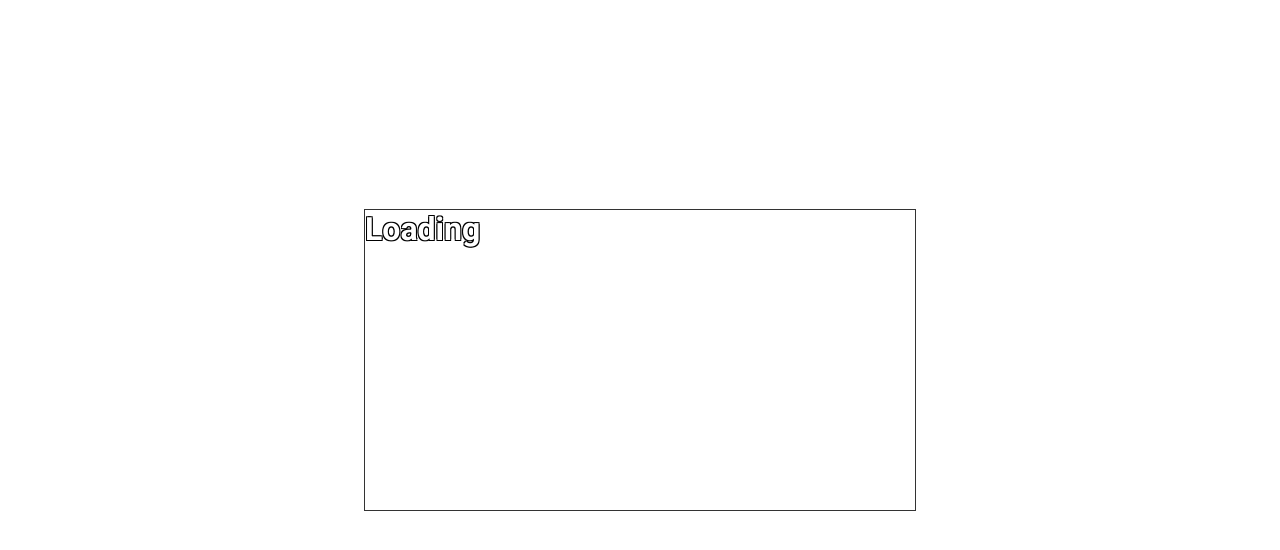
Repository: safak/animation
Page: index-4.html
These files come from the project's save history. The page is drawn as it stood at one moment and after the next save; the edit follows.
The browser window is 1280 px wide. The pictures show the whole page.

Above is the page before, as saved 2020-12-17 00:24:39.

### index-4.html
<html lang="en">
  <head>
    <meta charset="UTF-8" />
    <meta name="viewport" content="width=device-width, initial-scale=1.0" />
    <link rel="stylesheet" href="style.css" />
    <link
      href="https://fonts.googleapis.com/css2?family=Roboto:wght@300;400;500;700;900&display=swap"
      rel="stylesheet"
    />
    <link
      rel="stylesheet"
      href="https://cdnjs.cloudflare.com/ajax/libs/font-awesome/5.15.1/css/all.min.css"
      integrity="sha512-+4zCK9k+qNFUR5X+cKL9EIR+ZOhtIloNl9GIKS57V1MyNsYpYcUrUeQc9vNfzsWfV28IaLL3i96P9sdNyeRssA=="
      crossorigin="anonymous"
    />
    <title>Document</title>
  </head>
  <body>
    <div class="container">
      <h1>Loading</h1>
      <div class="fill"></div>
    </div>
    </div>
  </body>
</html>

### style.css
* {
  margin: 0;
}

body {
  display: flex;
  align-items: center;
  justify-content: center;
  font-family: "Roboto", sans-serif;
}

.container {
  width: 300px;
  height: 300px;
  display: flex;
  flex-direction: column;
  align-items: center;
  justify-content: center;
}

/* PAGE1

h1{
  color: coral;
}

.circle-container {
  display: flex;
}

.circle {
  width: 20px;
  height: 20px;
  border-radius: 50%;
  margin: 10px;
  animation: loading 1s infinite;
  opacity: 0;
}

.circle-1{
  background-color: tomato;
}

.circle-2{
  background-color: salmon;
}

.circle-3{
  background-color: coral;
}

@keyframes loading {
  100% {
    opacity: 1;
  }
} */

/* PAGE2

h1 {
  color: coral;
}

.circle-container {
  display: flex;
}

.circle {
  width: 20px;
  height: 20px;
  border-radius: 50%;
  margin: 10px;
  animation: loading .5s infinite alternate;
}

.circle-1 {
  background-color: tomato;
}

.circle-2 {
  background-color: salmon;
}

.circle-3 {
  background-color: coral;
}

@keyframes loading {
  25% {
    transform: translate(10px, -10px);
  }
  50% {
    transform: translate(20px, -20px);
  }
  75% {
    transform: translate(30px, -10px);
  }
  100% {
    transform: translate(30px, 0px);
  }
} */

/* PAGE3

h1 {
  color: coral;
  font-weight: 300;
  margin-top: ;
}

.circle-container {
  display: flex;
  border-bottom: 2px solid lightcoral;
  padding: 0px;
}

.circle {
  width: 20px;
  height: 20px;
  border-radius: 50%;
  margin: 0px 10px;
  animation: loading 0.5s infinite alternate;
}

.circle-1 {
  background-color: tomato;
}

.circle-2 {
  background-color: salmon;
  animation-delay: 0.1s;
}

.circle-3 {
  background-color: coral;
  animation-delay: .2s;
}

@keyframes loading {
  100% {
    transform: translateY(-100px);
  }
} */

/* PAGE3 */

.container{
  width: 550px;
  border: 1px solid #333;
  position: relative;
  overflow: hidden;
  display: flex;
  align-items: center;
  justify-self: center
}


h1 {
  color: white;
  /* font-size: 150px; */
  width: 100%;
  height: 100%;
  text-shadow: -1px -1px 0 #000, 1px -1px 0 #000, -1px 1px 0 #000, 1px 1px 0 #000;
}
/* .fill{
  position: absolute;
  /* left: -100%; */
  width: 100%;
  height: 200px;
  background-color: coral;
} */

After the next save:
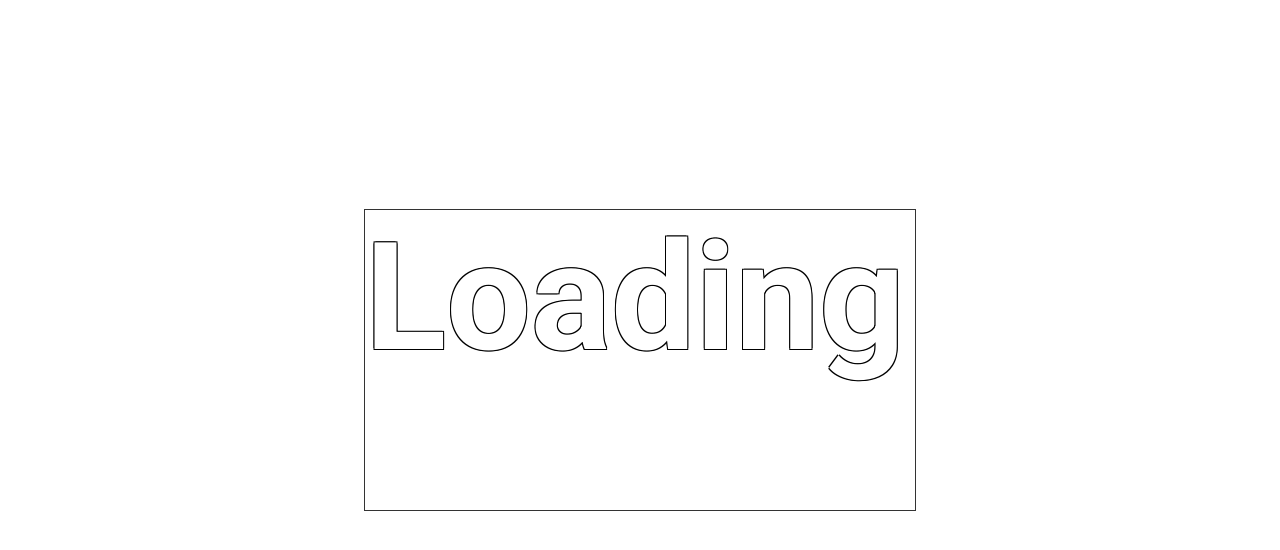
Saved 3 s later.
--- a/style.css
+++ b/style.css
@@ -157,7 +157,7 @@ h1 {
 
 h1 {
   color: white;
-  /* font-size: 150px; */
+  font-size: 150px;
   width: 100%;
   height: 100%;
   text-shadow: -1px -1px 0 #000, 1px -1px 0 #000, -1px 1px 0 #000, 1px 1px 0 #000;
